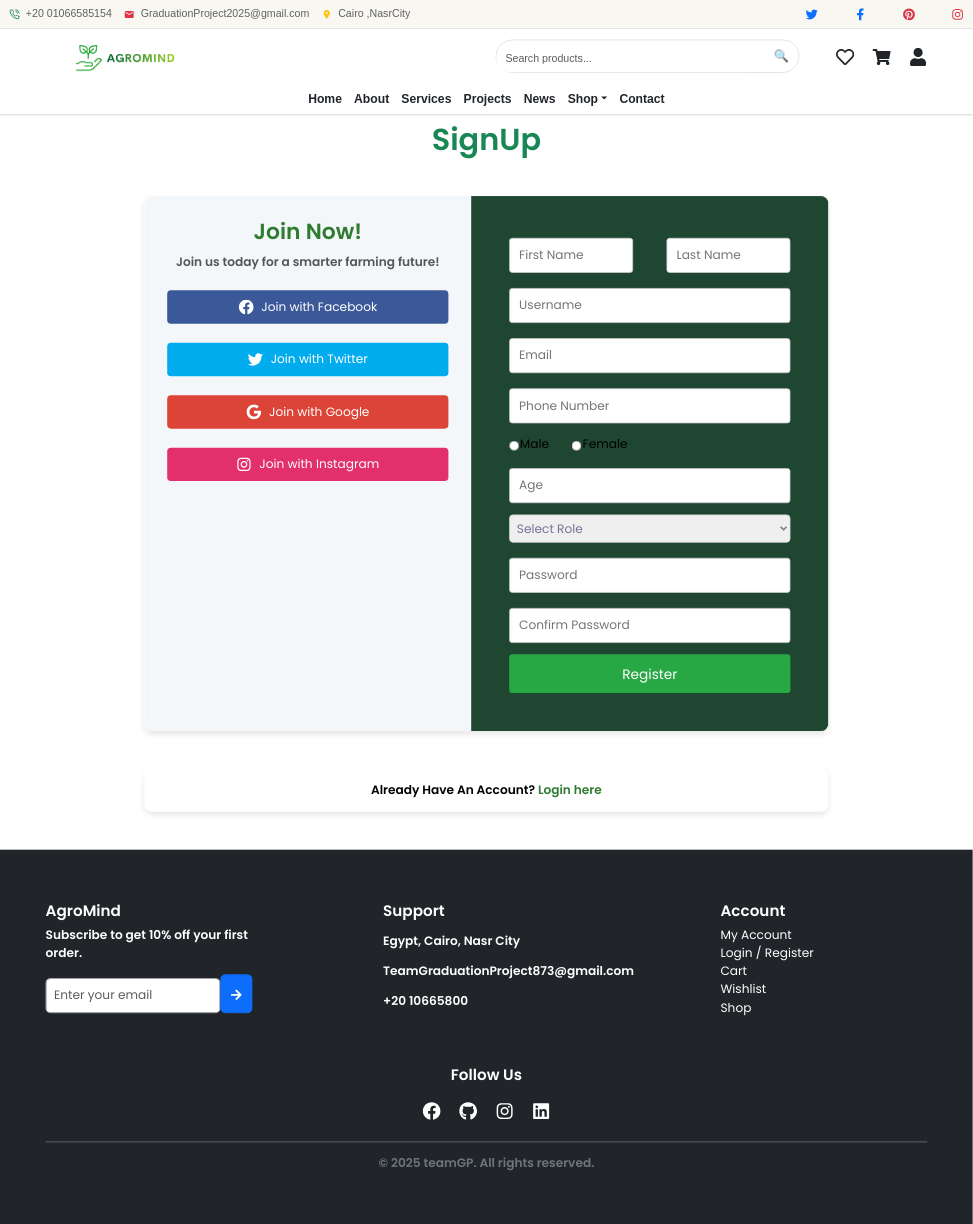
Repository: ShimaaMohamedRoshdi/WorkSpace-agromind
Page: /signup (app in agricultural-management-system-vs/agricultural-management-system-main/)
An editor plug-in stored every save of this project. The page is shown before and after the next save, followed by the edit.
The browser window is 1280 px wide. The pictures show the whole page, at 76% of full size.
The project was rebuilt for these pictures with package versions that can differ from the ones it lists, and the page was loaded fresh each time. Also part of the build but not shown: agricultural-management-system-vs/agricultural-management-system-main/vite.config.js, agricultural-management-system-vs/agricultural-management-system-main/src/pages/SignIn.jsx, agricultural-management-system-vs/agricultural-management-system-main/src/components/HealthyFoods.css, agricultural-management-system-vs/agricultural-management-system-main/src/components/HealthyFoods.jsx, agricultural-management-system-vs/agricultural-management-system-main/src/components/ProductCard.jsx, agricultural-management-system-vs/agricultural-management-system-main/src/components/Products.jsx, agricultural-management-system-vs/agricultural-management-system-main/src/components/AgricultureSkill.jsx, agricultural-management-system-vs/agricultural-management-system-main/src/components/HeroSection.jsx and 39 more.

Above is the page before, as saved 2025-05-01 04:38:59.

After the next save:
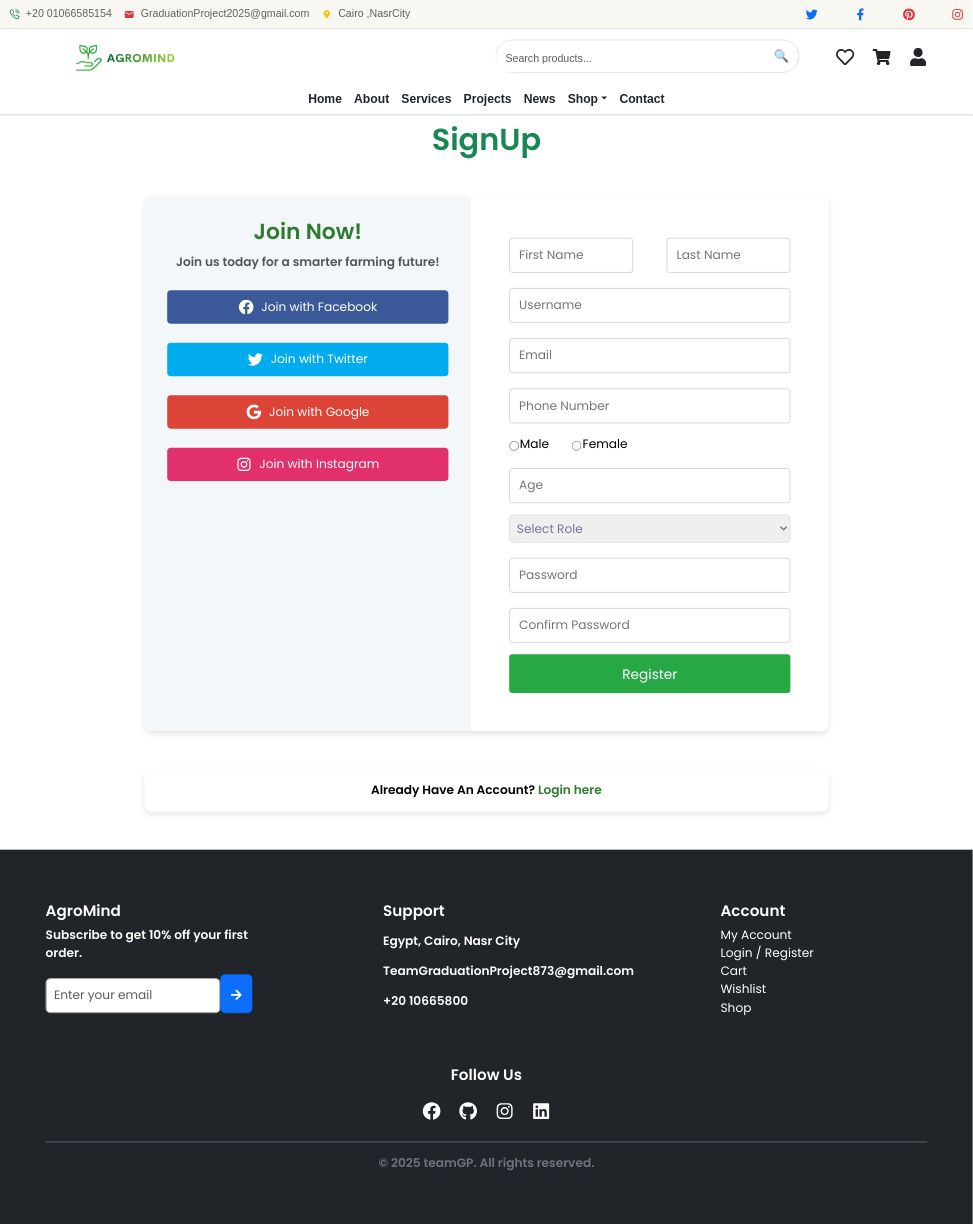
Saved 46 s later.
--- a/agricultural-management-system-vs/agricultural-management-system-main/src/pages/Signup.css
+++ b/agricultural-management-system-vs/agricultural-management-system-main/src/pages/Signup.css
@@ -101,7 +101,9 @@
 .instagram {
   background-color: #e4405f;
 }
-
+.signup-wrapper .right-section {
+  background-color: #fff !important;
+}
 .right-section {
   flex: 1;
   padding: 30px;
